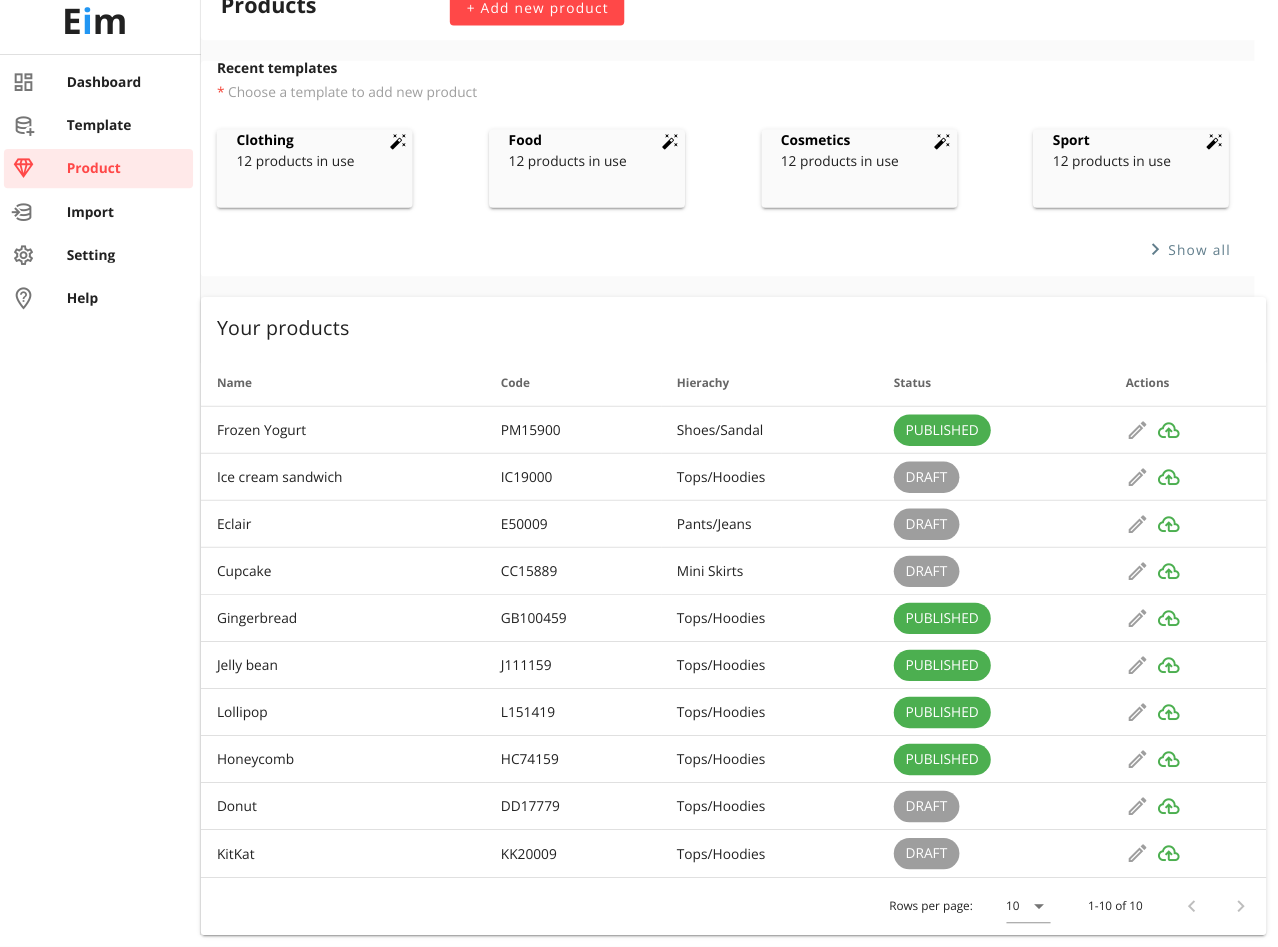
Repository: nguyenphuong152/pim-template
Page: /product
The author's editor kept a copy of each file at every save. The page is drawn from the files as they stood at one save, then again after the next save.
The browser window is 1280 px wide. The page is 1304 px wide, so the pictures cover 1304 px, including what lies to the right of the window. The pictures show the whole page, at 98% of full size.
The project was rebuilt for these pictures with package versions that can differ from the ones it lists, and the page was loaded fresh each time. Also part of the build but not shown: vue.config.js, src/views/Home.vue, src/components/Outcome_1/SearchTemplate.vue, src/components/Outcome_1/YourTemplate.vue, src/components/Outcome_1/ListComponent.vue, src/components/Outcome_1/AddInfo.vue, src/components/Outcome_1/AddDetail.vue, src/components/Outcome_1/ListComponentProgressive.vue and 18 more.

Above is the page before, as saved 2021-01-19 00:14:05.

### public/index.html
<!DOCTYPE html>
<html lang="en">
  <head>
    <meta charset="utf-8" />
    <meta http-equiv="X-UA-Compatible" content="IE=edge" />
    <meta name="viewport" content="width=device-width,initial-scale=1.0" />
    <link rel="icon" href="<%= BASE_URL %>favicon.ico" />
    <link rel="preconnect" href="https://fonts.gstatic.com" />
    <link rel="preconnect" href="https://fonts.gstatic.com" />
    <link rel="preconnect" href="https://fonts.gstatic.com" />
    <link
      href="https://fonts.googleapis.com/css2?family=Open+Sans:wght@300;400;600;700;800&display=swap"
      rel="stylesheet"
    />
    <link
      href="https://fonts.googleapis.com/css?family=Montserrat:300,400,500,600,700"
      rel="stylesheet"
    />
    <title><%= htmlWebpackPlugin.options.title %></title>
    <link
      rel="stylesheet"
      href="https://fonts.googleapis.com/css?family=Roboto:100,300,400,500,700,900"
    />
    <link
      rel="stylesheet"
      href="https://cdn.jsdelivr.net/npm/@mdi/font@latest/css/materialdesignicons.min.css"
    />
  </head>
  <body>
    <noscript>
      <strong
        >We're sorry but <%= htmlWebpackPlugin.options.title %> doesn't work
        properly without JavaScript enabled. Please enable it to
        continue.</strong
      >
    </noscript>
    <div id="app"></div>
    <!-- built files will be auto injected -->
  </body>
</html>

### src/main.js
import Vue from "vue";
import App from "./App.vue";
import router from "./router";
import "../sass/style.scss";
import vuetify from "./plugins/vuetify";
import store from "./store";
import { VueMaskDirective } from "v-mask";
Vue.directive("mask", VueMaskDirective);

Vue.config.productionTip = false;

new Vue({
  store,
  router,
  vuetify,
  render: (h) => h(App),
}).$mount("#app");

### src/App.vue
<template>
  <v-app v-bind:style="{ background: activeColor }">
    <v-card height="80" flat class="hidden-md-and-up align-baseline">
      <v-row style="height:0px">
        <v-col class="px-0" cols="3">
          <span class="logo text-start">
            E<span class="blue--text">i</span>m</span
          >
        </v-col>
        <v-col>
          <div class="text-end">
            <v-menu offset-y>
              <template v-slot:activator="{ on }">
                <v-app-bar-nav-icon v-on="on"></v-app-bar-nav-icon>
              </template>
              <v-list>
                <v-list-item
                  v-for="(item, index) in items"
                  :key="index"
                  :to="item.path"
                  color="blue"
                >
                  <v-list-item-title class="text-start">{{
                    item.title
                  }}</v-list-item-title>
                </v-list-item>
              </v-list>
            </v-menu>
          </div>
        </v-col>
      </v-row>
    </v-card>

    <v-row>
      <v-col cols="2" class="pa-0 hidden-xs-only">
        <v-navigation-drawer permanent width="220" class="hidden-xs-only">
          <v-list-item>
            <v-list-item-content>
              <v-list-item-title class="logo">
                E<span class="blue--text">i</span>m
              </v-list-item-title>
            </v-list-item-content>
          </v-list-item>

          <v-divider></v-divider>

          <v-list dense nav class="text-start pl-4">
            <v-list-item
              v-for="item in items"
              :key="item.title"
              :to="item.path"
              color="#FF4848"
            >
              <v-list-item-icon>
                <v-icon>{{ item.icon }}</v-icon>
              </v-list-item-icon>
              <v-list-item-content>
                <v-list-item-title class="template-title font-weight-bold ">{{
                  item.title
                }}</v-list-item-title>
              </v-list-item-content>
            </v-list-item>
          </v-list>
        </v-navigation-drawer>
      </v-col>
      <v-col class="pa-0">
        <router-view />
      </v-col>
    </v-row>
  </v-app>
</template>

<script>
export default {
  name: "App",
  components: {},
  watch: {
    $route(to) {
      document.title = `${to.meta.title}`;
    },
  },
  data() {
    return {
      clicked: false,
      activeColor: "#FAFAFA",
      items: [
        { title: "Dashboard", icon: "mdi-view-dashboard-outline", path: "" },
        {
          title: "Template",
          icon: "mdi-database-plus-outline",
          path: "/template",
        },
        { title: "Product", icon: "mdi-diamond-stone", path: "/product" },
        {
          title: "Import",
          icon: "mdi-database-import-outline",
          path: "/import",
        },

        { title: "Setting", icon: "mdi-cog-outline", path: "" },
        { title: "Help", icon: "mdi-map-marker-question-outline", path: "" },
      ],
      right: null,
    };
  },
};
</script>

### src/router/index.js
import Vue from "vue";
import VueRouter from "vue-router";
import Home from "../views/Home.vue";
import Template from "../views/Outcome_1/CreateProductTemplate.vue";
import Product from "../views/Outcome_2/Outcome_2_screen.vue";
import AddProduct from "../views/Outcome_2/AddProduct.vue";
import Import from "../views/Outcome_3/outcome3_screen.vue";

Vue.use(VueRouter);

const routes = [
  {
    path: "/",
    name: "Home",
    component: Home,
  },
  {
    path: "/template",
    name: "Template",
    component: Template,
    meta: {
      title: "Add Template",
    },
  },
  {
    path: "/product",
    name: "Product",
    component: Product,
    meta: {
      title: "Product",
    },
  },
  {
    path: "/addproduct/:name",
    name: "AddProduct",
    component: AddProduct,
    meta: {
      title: "Add Product",
    },
  },
  {
    path: "/import",
    name: "Import",
    component: Import,
    meta: {
      title: "Import",
    },
  },
  {
    path: "/about",
    name: "About",
    // route level code-splitting
    // this generates a separate chunk (about.[hash].js) for this route
    // which is lazy-loaded when the route is visited.
    component: () =>
      import(/* webpackChunkName: "about" */ "../views/About.vue"),
  },
];

const router = new VueRouter({
  mode: "history",
  base: process.env.BASE_URL,
  routes,
});

export default router;

### sass/style.scss
$font-primary: 'Open Sans',
sans-serif;

@import "~vuetify/src/styles/styles.sass";

$fontsize-content: 14px;
$fontsize-title: 24px;
$fontsize-logo:36px;
$fontsize-header:22px;
$fontsize-nav:20px;


#app {
  font-family: $font-primary;
   font-size:$fontsize-content;
  -webkit-font-smoothing: antialiased;
  -moz-osx-font-smoothing: grayscale;
  text-align: center;
  color: #2c3e50;
}

#nav {
  padding: 30px;
}

#nav a {
  font-weight: bold;
  color: #2c3e50;
}

#nav a.router-link-exact-active {
  color: #42b983;
}

.title {
  font: $font-primary !important;
  font-size: $fontsize-nav !important;
}

.logo {
  @extend .title;
  font-weight: 700 !important;
  font-size: $fontsize-logo !important;
}

.text-header {
  font: $font-primary !important;
  font-size: $fontsize-header !important;
  font-weight: 700;
}


.template-title {
  @extend .title;
  font-size: $fontsize-content !important;
}

### src/store/index.js
import Vue from "vue";
import Vuex from "vuex";

Vue.use(Vuex);

import state from "./state";
import * as getters from "./getters";
import * as mutations from "./mutations";
import * as actions from "./actions";

export default new Vuex.Store({
  state,
  getters,
  mutations,
  actions,
});

### src/views/Outcome_2/Outcome_2_screen.vue
<template>
  <div>
    <v-row>
      <v-col height="100%"
        ><Search />
        <br />
        <RecentTemplate />
        <br />
        <ListProduct
          :class="{
            'mx-6': $vuetify.breakpoint.smAndDown,
            'ma-0': $vuetify.breakpoint.mdAndUp,
          }"
        />
      </v-col>
    </v-row>
  </div>
</template>

<script>
import Search from "../../components/Outcome_2/SearchProduct";
import RecentTemplate from "../../components/Outcome_2/RecentTemplate";
import ListProduct from "../../components/Outcome_2/ListProduct";
export default {
  components: {
    Search,
    RecentTemplate,
    ListProduct,
  },
};
</script>

<style></style>

### src/store/state.js
export default {
  listNewComponent: [],

  basicInfo: [],
  textComponent: [],
  imageComponent: null,
  videoComponent: null,
  colorComponent: null,
  dateComponent: [],
  selectComponent: {
    selectionTitle: [],
  },
  listTemplate: [],
  customComponent: [],

  toogleRerenderComponent: 0,
  generateImage: 1,
};

### src/store/getters.js
export const listComponent = (state) => {
  return state.listNewComponent;
};

export const basicInfo = (state) => {
  return state.basicInfo;
};

export const textComponent = (state) => {
  return state.textComponent;
};
export const imageComponent = (state) => {
  return state.imageComponent;
};
export const videoComponent = (state) => {
  return state.videoComponent;
};
export const colorComponent = (state) => {
  return state.colorComponent;
};
export const dateComponent = (state) => {
  return state.dateComponent;
};
export const selectComponent = (state) => {
  return state.selectComponent;
};

export const key = (state) => {
  return state.toogleRerenderComponent;
};

export const listTemplate = (state) => {
  return state.listTemplate;
};

export const generateImage = (state) => {
  return state.generateImage;
};

### src/store/actions.js
export const addComponentToList = ({ commit }, { component }) => {
  commit("ADD_TO_LIST", { component });
};

export const deleteComponentFromList = ({ commit }, component) => {
  commit("DELETE_FROM_LIST", component);
};

export const addBasicInfoForTemplate = ({ commit }, { basicInfo }) => {
  commit("ADD_BASIC_INFO_FOR_TEMPLATE", basicInfo);
};

export const addTextComponentForTemplate = ({ commit }, { textComponent }) => {
  commit("ADD_TEXT_COMPONENT_FOR_TEMPLATE", textComponent);
};

export const addImageComponentForTemplate = ({ commit }, { countImage }) => {
  commit("ADD_IMAGE_COMPONENT_FOR_TEMPLATE", countImage);
};

export const addVideoComponentForTemplate = ({ commit }, { countVideo }) => {
  commit("ADD_VIDEO_COMPONENT_FOR_TEMPLATE", countVideo);
};

export const addColorComponentForTemplate = ({ commit }, { countColor }) => {
  commit("ADD_COLOR_COMPONENT_FOR_TEMPLATE", countColor);
};

export const addDateComponentForTemplate = ({ commit }, { dateComponent }) => {
  commit("ADD_DATE_COMPONENT_FOR_TEMPLATE", dateComponent);
};

export const addSelectComponentForTemplate = (
  { commit },
  { title, selections }
) => {
  commit("ADD_SELECT_COMPONENT_FOR_TEMPLATE", { title, selections });
};

export const rerenderComponent = ({ commit }) => {
  commit("RERENDER_COMPONENT");
};

export const generateImage = ({ commit }) => {
  commit("GENERATE_IMAGE");
};

export const deleteListTemplate = ({ commit }) => {
  commit("DELETE_LIST");
};

export const createTemplate = (
  { commit },
  {
    name,
    basicInfo,
    textComponent,
    imageComponent,
    videoComponent,
    colorComponent,
    dateComponent,
    selectComponent,
  }
) => {
  commit("CREATE_TEMPLATE", {
    name,
    basicInfo,
    textComponent,
    imageComponent,
    videoComponent,
    colorComponent,
    dateComponent,
    selectComponent,
  });
};

### src/components/Outcome_2/SearchProduct.vue
<template>
  <v-card class="text-start" height="65" flat>
    <v-row class="d-flex align-baseline">
      <v-col md="3" class="text-header pl-8">Products</v-col>
      <v-col sm="8" class="pa-0 hidden-xs-only">
        <v-row class="align-baseline">
          <v-btn
            depressed
            color="#ff4848"
            class="white--text text-none font-weight-medium"
          >
            + Add new product</v-btn
          >
        </v-row>
      </v-col>
    </v-row>
  </v-card>
</template>

<script>
export default {
  methods: {},
};
</script>

<style></style>

### src/components/Outcome_2/RecentTemplate.vue
<template>
  <v-card :height="setHeight" width="100%" class="py-2" flat>
    <v-row class="align-baseline mx-4">
      <v-col class="py-0 text-start px-0" cols="9"
        ><span class="font-weight-bold">Recent templates</span>
      </v-col>
    </v-row>
    <v-row class="mx-4 my-4">
      <span class="grey--text"
        ><span class="red--text">* </span> Choose a template to add new
        product</span
      >
    </v-row>
    <v-row>
      <v-col v-for="(item, i) in items" :key="i" class="mx-4 " xs="6">
        <v-card
          color="#fafafa"
          :width="setWidthCard"
          height="80"
          @click="addProduct(item.name)"
        >
          <div class="d-flex child-flex justify-space-between">
            <v-row>
              <v-col class="text-start pl-8">
                <span class="template-title font-weight-bold black--text">{{
                  item.name
                }}</span>
                <br />
                <span class="font-weight-thin">{{ item.products }}</span>
              </v-col>
              <v-col cols="1">
                <v-icon color="black" size="18" @click="showAddTemplate()"
                  >mdi-auto-fix</v-icon
                >
              </v-col>
            </v-row>
          </div>
        </v-card>
      </v-col>
      <v-row class="align-baseline hidden-md-and-up">
        <v-col class="text-start pl-10">
          <v-btn outlined style="text-transform:none" color="blue"
            >Add template</v-btn
          >
        </v-col>
        <v-col cols="5">
          <v-dialog v-model="dialog" scrollable max-width="300px">
            <template v-slot:activator="{ on, attrs }">
              <v-btn
                color="blue-grey"
                dark
                v-bind="attrs"
                v-on="on"
                text
                style="text-transform:none"
              >
                <v-icon color="blue-grey"> mdi-chevron-right </v-icon>Show all
              </v-btn>
            </template>
            <v-card height="100%">
              <v-card-title>
                Your template
                <v-spacer></v-spacer>
                <v-icon color="red" @click="dialog = false"
                  >mdi-window-close</v-icon
                >
              </v-card-title>
              <v-divider></v-divider>
              <v-card-text style="height:500px;">
                <v-col v-for="(item, i) in templates" :key="i"
                  ><v-card color="#fafafa" @click="addProduct(item.name)">
                    <div class="d-flex flex-no-wrap justify-space-between">
                      <div>
                        <v-row>
                          <v-col class="text-start pl-8">
                            <span
                              class="template-title font-weight-bold black--text"
                              >{{ item.name }}</span
                            >
                            <br />
                            <span class="font-weight-thin">{{
                              item.products
                            }}</span>
                          </v-col>
                        </v-row>
                      </div>
                    </div>
                  </v-card></v-col
                ></v-card-text
              >
            </v-card>
          </v-dialog>
        </v-col>
      </v-row>
    </v-row>
    <v-row>
      <v-col cols="10" class="px-0"></v-col>
      <v-col class="px-0">
        <v-dialog v-model="dialog" scrollable max-width="300px">
          <template v-slot:activator="{ on, attrs }">
            <v-btn
              color="blue-grey"
              dark
              v-bind="attrs"
              v-on="on"
              text
              style="text-transform:none"
            >
              <v-icon color="blue-grey"> mdi-chevron-right </v-icon>Show all
            </v-btn>
          </template>
          <v-card height="100%">
            <v-card-title>
              Your template
              <v-spacer></v-spacer>
              <v-icon color="red" @click="dialog = false"
                >mdi-window-close</v-icon
              >
            </v-card-title>
            <v-divider></v-divider>
            <v-card-text style="height:500px;">
              <v-col v-for="(item, i) in templates" :key="i"
                ><v-card color="#fafafa" @click="addProduct(item.name)">
                  <div class="d-flex flex-no-wrap justify-space-between">
                    <div>
                      <v-row>
                        <v-col class="text-start pl-8">
                          <span
                            class="template-title font-weight-bold black--text"
                            >{{ item.name }}</span
                          >
                          <br />
                          <span class="font-weight-thin">{{
                            item.products
                          }}</span>
                        </v-col>
                      </v-row>
                    </div>
                  </div>
                </v-card></v-col
              ></v-card-text
            >
          </v-card>
        </v-dialog>
      </v-col>
    </v-row>
  </v-card>
</template>

<script>
export default {
  data: () => ({
    dialog: false,
    items: [
      {
        name: "Clothing",
        products: "12 products in use",
      },
      {
        name: "Food",
        products: "12 products in use",
      },
      {
        name: "Cosmetics",
        products: "12 products in use",
      },
      {
        name: "Sport",
        products: "12 products in use",
      },
    ],
    templates: [
      {
        name: "Clothing",
        products: "12 products in use",
      },
      {
        name: "Food",
        products: "12 products in use",
      },
      {
        name: "Cosmetics",
        products: "12 products in use",
      },
      {
        name: "Sport",
        products: "12 products in use",
      },
    ],
  }),
  methods: {
    addProduct(text) {
      this.$router.push({
        name: "AddProduct",
        params: { name: text },
      });
    },
  },
  created() {
    this.listTemplate = this.$store.getters.listTemplate;
    for (var i = 0; i < this.listTemplate.length; i++) {
      var element = {};
      element.name = this.listTemplate[i].name;
      element.products = "Add new product !";
      this.templates.unshift(element);
    }
  },
  computed: {
    setHeight() {
      if (
        this.$vuetify.breakpoint.name === "xs" ||
        this.$vuetify.breakpoint.name === "sm"
      ) {
        return 350;
      } else return 220;
    },
    setWidthCard() {
      if (
        this.$vuetify.breakpoint.name === "xs" ||
        this.$vuetify.breakpoint.name === "sm"
      ) {
        return 150;
      } else if (this.$vuetify.breakpoint.name === "md") {
        return 200;
      } else return 200;
    },
  },
};
</script>

<style></style>

### src/components/Outcome_2/ListProduct.vue
<template>
  <v-card>
    <v-card-title>
      Your products
    </v-card-title>
    <v-data-table :headers="headers" :items="desserts">
      <template v-slot:item.status="{ item }">
        <v-chip :color="getColor(item.status)" dark>
          {{ item.status }}
        </v-chip>
      </template>
      <template v-slot:item.actions="{ item }">
        <v-icon medium class="mr-2" @click="editItem(item)" color="grey">
          mdi-pencil-outline
        </v-icon>
        <v-icon medium @click="deleteItem(item)" color="green">
          mdi-cloud-upload-outline
        </v-icon>
      </template>
    </v-data-table>
  </v-card>
</template>

<script>
export default {
  data() {
    return {
      search: "",
      headers: [
        {
          text: "Name",
          align: "start",
          sortable: false,
          value: "name",
        },
        { text: "Code", value: "code" },
        { text: "Hierachy", value: "hierachy" },
        { text: "Status", value: "status" },
        { text: "Actions", value: "actions", sortable: false },
      ],
      desserts: [
        {
          name: "Frozen Yogurt",
          code: "PM15900",
          hierachy: "Shoes/Sandal",
          status: "PUBLISHED",
        },
        {
          name: "Ice cream sandwich",
          code: "IC19000",
          hierachy: "Tops/Hoodies",
          status: "DRAFT",
        },
        {
          name: "Eclair",
          code: "E50009",
          hierachy: "Pants/Jeans",
          status: "DRAFT",
        },
        {
          name: "Cupcake",
          code: "CC15889",
          hierachy: "Mini Skirts",
          status: "DRAFT",
        },
        {
          name: "Gingerbread",
          code: "GB100459",
          hierachy: "Tops/Hoodies",
          status: "PUBLISHED",
        },
        {
          name: "Jelly bean",
          code: "J111159",
          hierachy: "Tops/Hoodies",
          status: "PUBLISHED",
        },
        {
          name: "Lollipop",
          code: "L151419",
          hierachy: "Tops/Hoodies",
          status: "PUBLISHED",
        },
        {
          name: "Honeycomb",
          code: "HC74159",
          hierachy: "Tops/Hoodies",
          status: "PUBLISHED",
        },
        {
          name: "Donut",
          code: "DD17779",
          hierachy: "Tops/Hoodies",
          status: "DRAFT",
        },
        {
          name: "KitKat",
          code: "KK20009",
          hierachy: "Tops/Hoodies",
          status: "DRAFT",
        },
      ],
    };
  },
  methods: {
    getColor(status) {
      if (status === "DRAFT") return "grey";
      else return "green";
    },
  },
};
</script>

Loaded but not shown: src/plugins/vuetify.js (common file); src/store/mutations.js (113 lines, source omitted)

After the next save:
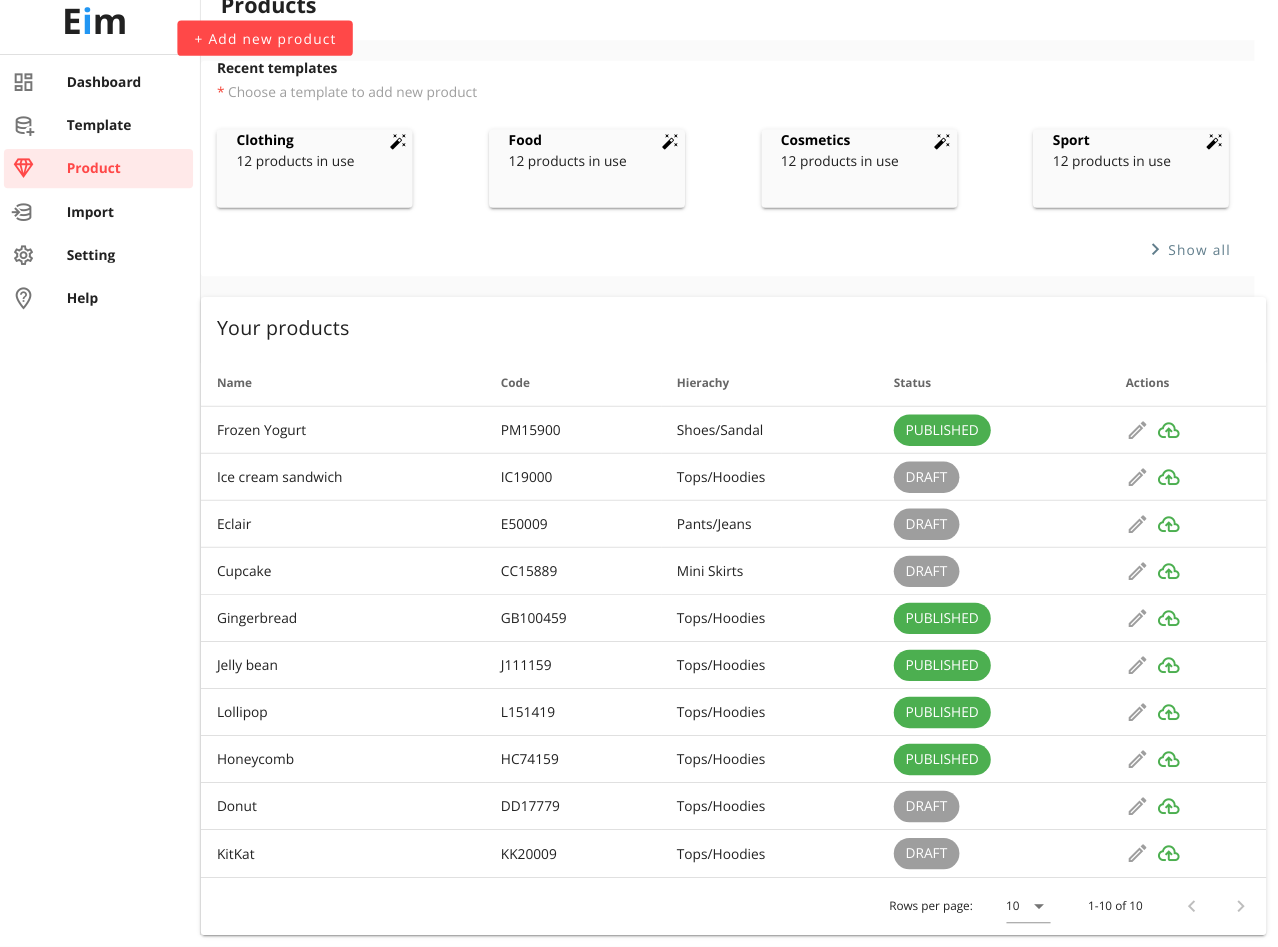
Saved 20 s later.
--- a/src/components/Outcome_2/SearchProduct.vue
+++ b/src/components/Outcome_2/SearchProduct.vue
@@ -1,7 +1,7 @@
 <template>
   <v-card class="text-start" height="65" flat>
     <v-row class="d-flex align-baseline">
-      <v-col md="3" class="text-header pl-8">Products</v-col>
+      <v-col md="6" class="text-header pl-8">Products</v-col>
       <v-col sm="8" class="pa-0 hidden-xs-only">
         <v-row class="align-baseline">
           <v-btn
